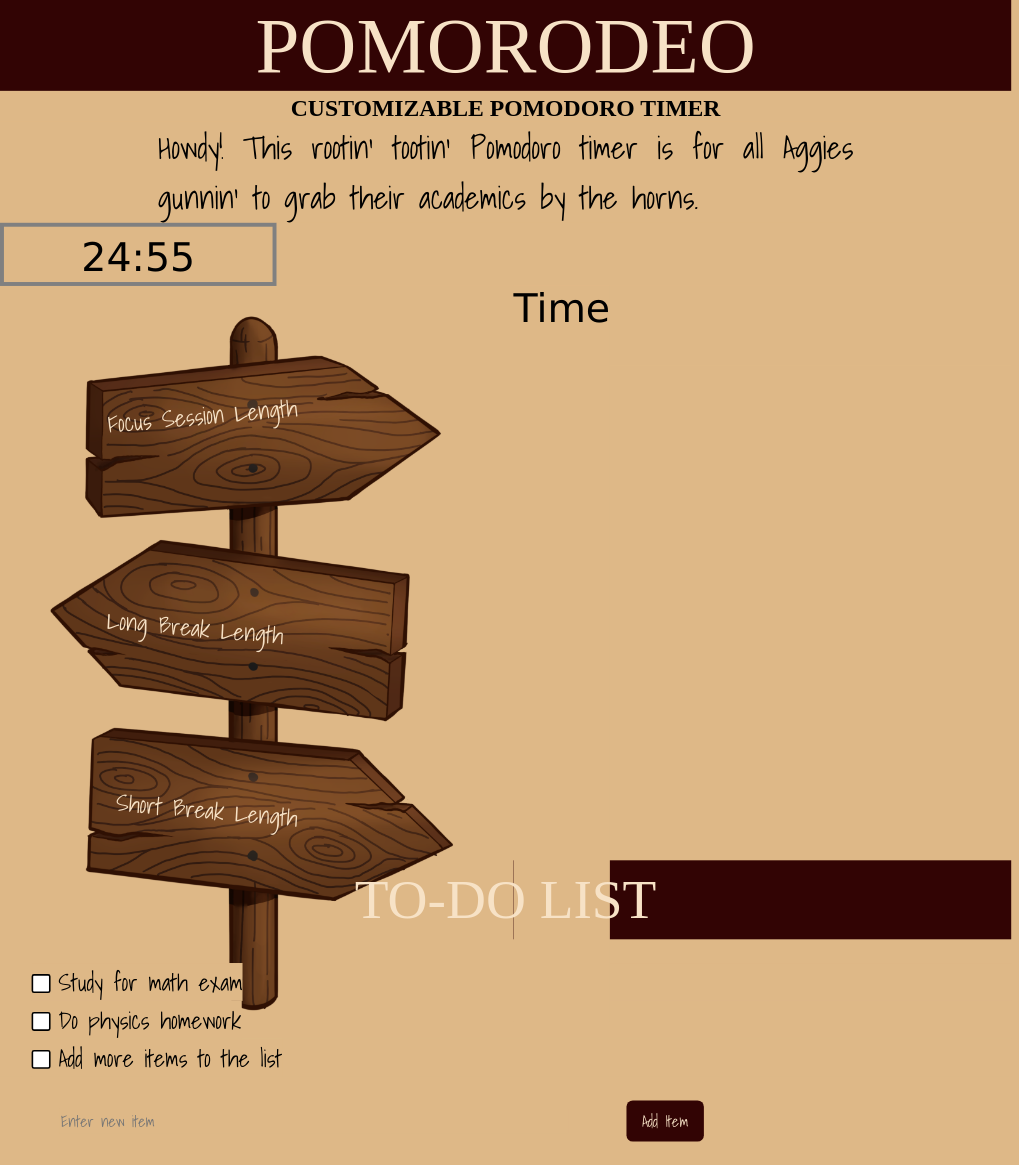
Repository: riya10483/pomodoro
Page: pomorodeo.html
These files come from the project's save history. The page is drawn as it stood at one moment and after the next save; the edit follows.
The browser window is 1280 px wide. The page is 1290 px wide, so the pictures cover 1290 px, including what lies to the right of the window. The pictures show the whole page, at 79% of full size.
Some web fonts or font styles are not loaded; a fallback is used.

Above is the page before, as saved 2024-09-28 23:37:30.
Console error: SyntaxError: Identifier 'startTiming' has already been declared

### pomorodeo.html
<!DOCTYPE html>
<html lang="en">
<head>
    <meta charset="UTF-8">
    <style>
        @import url('https://fonts.googleapis.com/css2?family=Rye&display=swap');
    </style>
    <style>
        @import url('https://fonts.googleapis.com/css2?family=Shadows+Into+Light&display=swap');
    </style>
    <style>
        @import url('https://fonts.googleapis.com/css2?family=Peralta&family=Rye&display=swap');
    </style>
    <link id="style" rel="stylesheet" href="pomorodeo.css">
    <meta name="viewport" content="width=device-width, initial-scale=1.0">
    <title>Pomorodeo</title>
</head>


<body>

<h1 class="title">POMORODEO</h1>
<h2 class="heading">CUSTOMIZABLE POMODORO TIMER</h2>
<p class = "paragraph">Howdy! This rootin' tootin' Pomodoro timer is for all
    Aggies gunnin' to grab their academics by the horns.
</p>
<p id="timer" class = "timer_border">Timer</p>
<div class="image-and-text">
    <img src="wood.png" id="wooden-sign" alt="Wild West Sign" width="650px">
    <p id="timer">Time</p>
</div>

<div class="sign-labels">
    <p class="focus-session">Focus Session Length<br><br><br><br><br><br></p>
    <p class="long-break">Long Break Length<br><br><br><br><br></p>
    <p class="short-break">Short Break Length</p>
</div>

<div id="header">TO-DO LIST</div>
    <ul id="checklist">
        <li><input type="checkbox" id="item1"><label for="item1">Study for math exam</label></li>
        <li><input type="checkbox" id="item2"><label for="item2">Do physics homework</label></li>
        <li><input type="checkbox" id="item3"><label for="item3">Add more items to the list</label></li>
    </ul>

    <input type="text" id="newItemText" placeholder="Enter new item">
    <button onclick="addItem()">Add Item</button>

    <script src="functions.js"></script>

</body>
<script src="functions.js"></script>


</html>

### pomorodeo.css
* {
    background-color:burlywood;
    border: 0px;
    margin: 0px;
    font-family: "Shadows Into Light";
    font-size: 30px;
}
#header {
    color:rgb(247, 226, 198);
    padding: 10px;
    background-color:rgb(50, 4, 4);
    text-align: center;
    font-family: Rye;
    font-size: 70px;
    border: 0px;
    margin: 0px 0px 30px;
}

li {
    font-size: 30px;
    font-family: "Shadows Into Light";
    list-style: none;
}

input {
    width: 30px;
    height: 30px;
    margin: 15px 30px;
}

/* Hide the default checkbox */
input[type="checkbox"] {
    display: none;
}

/* Create a custom checkbox appearance */
input[type="checkbox"] + label:before {
    content: '';
    display: inline-block;
    width: 20px;
    height: 20px;
    margin-right: 10px;
    border: 2px solid #000;
    border-radius: 3px;
    background-color: white;
    vertical-align: middle;
}

/* Change appearance when checkbox is checked */
input[type="checkbox"]:checked + label:before {
    background-color: rgb(50, 4, 4);
    border-color: rgb(50, 4, 4);
    content: '✓';
    color: rgb(247, 226, 198);
    text-align: center;
    font-size: 18px;
    line-height: 20px;
}

/* Strike-through on label text when checkbox is checked */
input[type="checkbox"]:checked + label {
    text-decoration: line-through;
    color: rgb(176, 141, 94);
}

#newItemText {
    width: 50%;
    font-size: 20px;
    margin-left: 75px;
    color: rgb(50, 4, 4);
}

button {
    background-color: rgb(50, 4, 4);
    color: rgb(247, 226, 198);
    padding: 10px 20px;
    border-radius: 8px;
    font-size: 20px;
    margin: 30px;
}
.title {
    font-family: "Rye", serif;
    font-size: 100px;
    font-weight: 400;
    font-style: normal;
    text-align: center;
    padding-top: 0;
    padding-bottom: 0px;
    margin-top: 0px;
    margin-bottom: 0px;
    background-color:rgb(50, 4, 4);
    color: rgb(247, 226, 198);
}

.heading {
    font-family: "Peralta", serif;
    font-size: 30px;
    margin-top: 5px;
    text-align: center;
}

.paragraph {
    font-family: "Shadows Into Light", serif;
    font-size: 40px;
    text-align: justify;
    padding-left: 200px;
    padding-right: 200px;
}

.timer_border{
    width: 320px;
  height: 50px;
  padding: 10px;
  border: 5px solid gray;
  margin: 0;
}


#timer {
    font-size: 50px;
    font-family: verdana;
    text-align: center;

}

.image-and-text {
    display: flex;
    align-items: left;
    margin-bottom: 0;
}

.sign-labels {
    font-family: "Rye", serif;
    color: rgb(247, 226, 198);
    font-size: 35px;
    text-align: left;
    margin-top: -830px;
    margin-left: 145px;
}

.focus-session {
    background-color: transparent;
    transform: rotate(-5deg);
}

.long-break {
    background-color: transparent;
    transform: rotate(5deg);
    margin-top: 60px;
    margin-left: -20px;
}

.short-break {
    background-color: transparent;
    transform: rotate(5deg);
    margin-top: -10px;
}

### functions.js

// setInterval(function () {
//     seconds -= 1
//     let timerElement = document.getElementById("timer")
//     timerElement.innerHTML = seconds

// }, 1000);

const startTiming = 25
let time = startTiming * 60

const count = document.getElementById("timer")

setInterval(updateTimer, 1000)
function updateTimer(){
    const minutes = Math.floor(time/60)
    let seconds = time % 60

    //condition ? do this : do that
    seconds  = seconds < 10 ?  '0' + seconds : seconds
    count.innerHTML = `${minutes}:${seconds}`
    time--
}

updateTimer()

let itemCount = 3;

function addItem() {
    const itemText = document.getElementById('newItemText').value;
    if (itemText.trim() !== "") {
        itemCount++;

        // Create a new list item
        const newListItem = document.createElement('li');

        // Create a new checkbox input
        const newCheckbox = document.createElement('input');
        newCheckbox.type = 'checkbox';
        newCheckbox.id = 'item' + itemCount;

        // Create a label for the checkbox
        const newLabel = document.createElement('label');
        newLabel.setAttribute('for', newCheckbox.id);
        newLabel.textContent = itemText;

        // Append checkbox and label to the list item
        newListItem.appendChild(newCheckbox);
        newListItem.appendChild(newLabel);

        // Append the new list item to the checklist
        document.getElementById('checklist').appendChild(newListItem);

        // Clear the input field after adding the item
        document.getElementById('newItemText').value = "";
    } else {
        alert("Please enter a valid item.");
    }
}

After the next save:
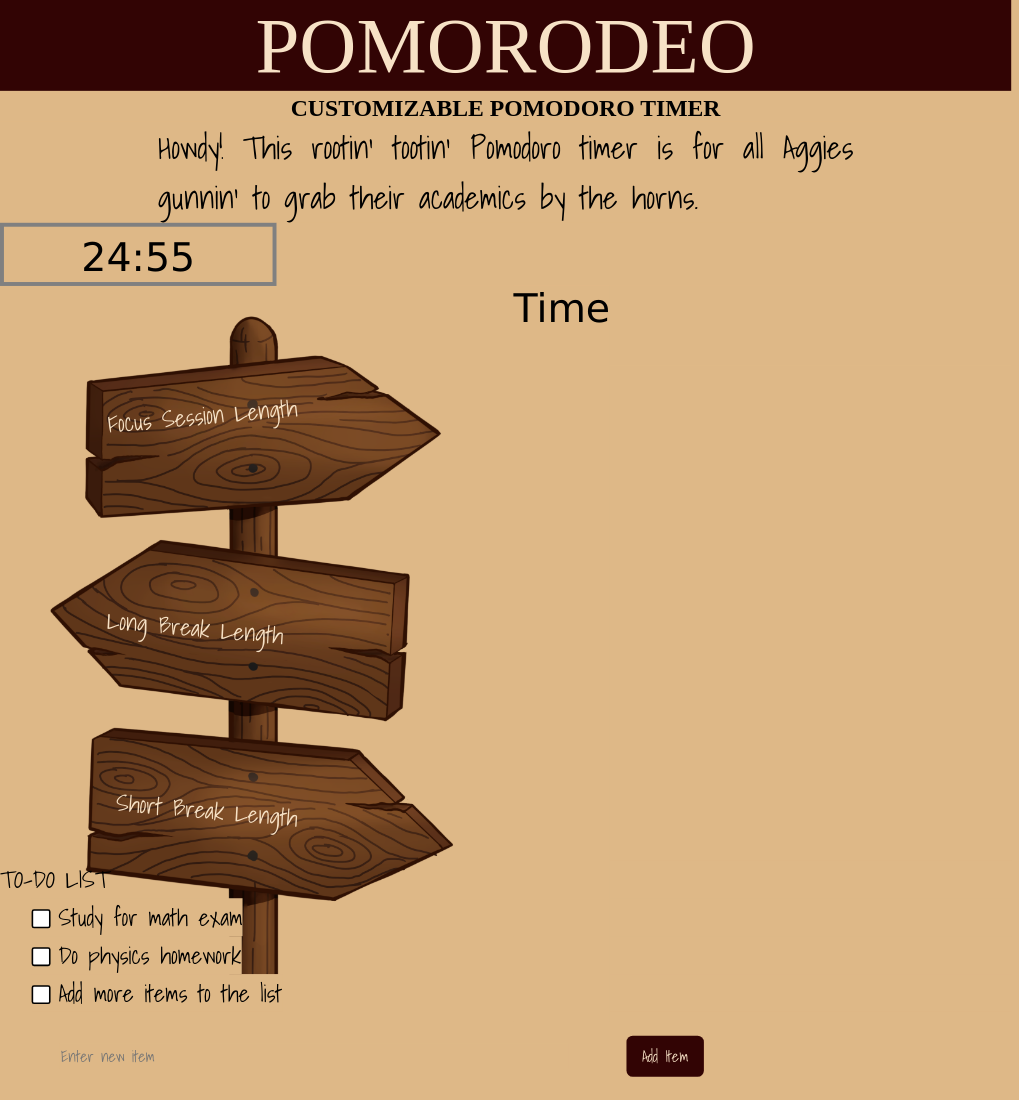
Saved 3 min 9 s later.
--- a/pomorodeo.html
+++ b/pomorodeo.html
@@ -36,7 +36,7 @@
     <p class="short-break">Short Break Length</p>
 </div>
 
-<div id="header">TO-DO LIST</div>
+<div id="todo">TO-DO LIST</div>
     <ul id="checklist">
         <li><input type="checkbox" id="item1"><label for="item1">Study for math exam</label></li>
         <li><input type="checkbox" id="item2"><label for="item2">Do physics homework</label></li>

After the save that followed:
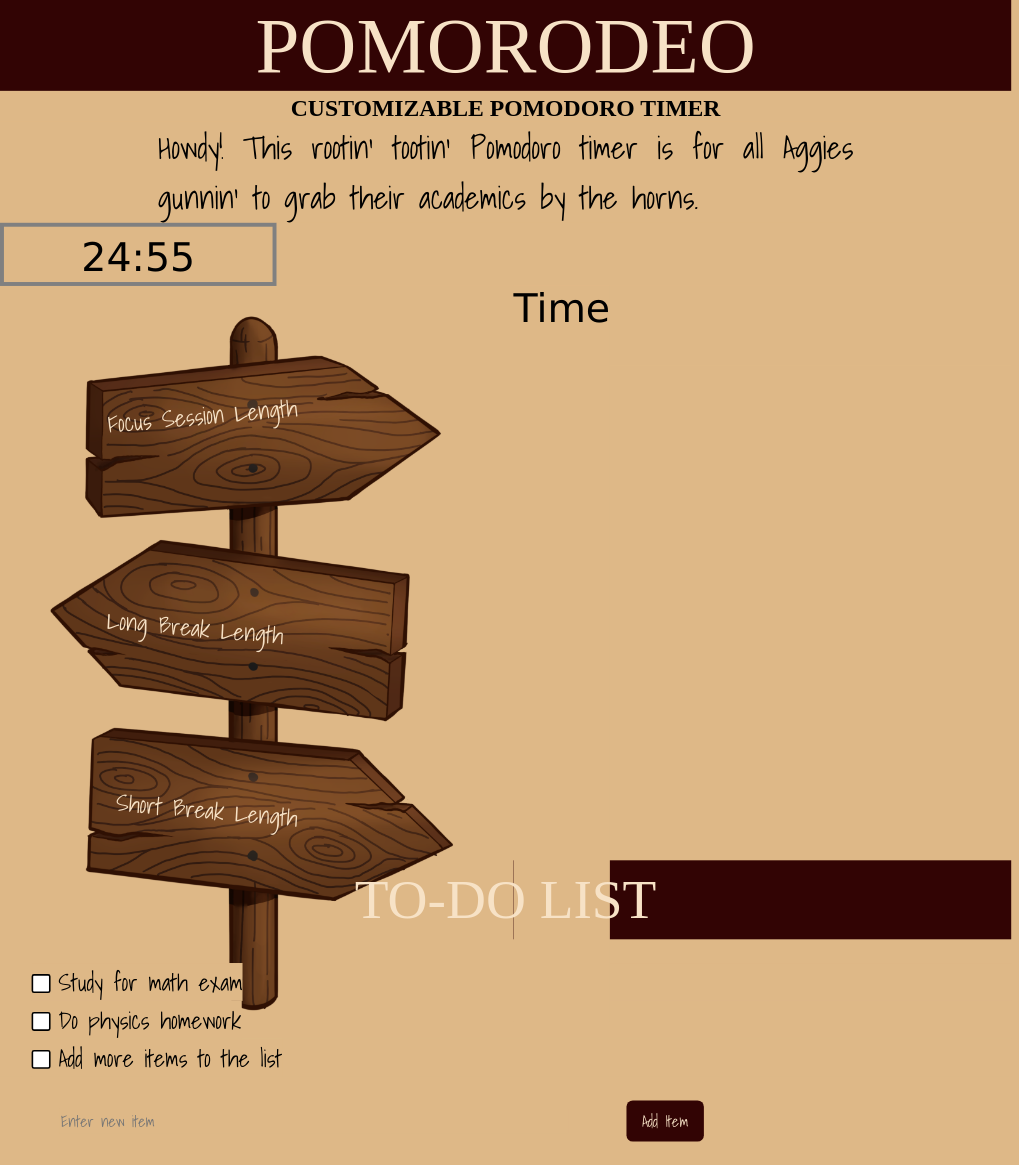
Saved 7 s later.
--- a/pomorodeo.css
+++ b/pomorodeo.css
@@ -5,7 +5,7 @@
     font-family: "Shadows Into Light";
     font-size: 30px;
 }
-#header {
+#todo {
     color:rgb(247, 226, 198);
     padding: 10px;
     background-color:rgb(50, 4, 4);
